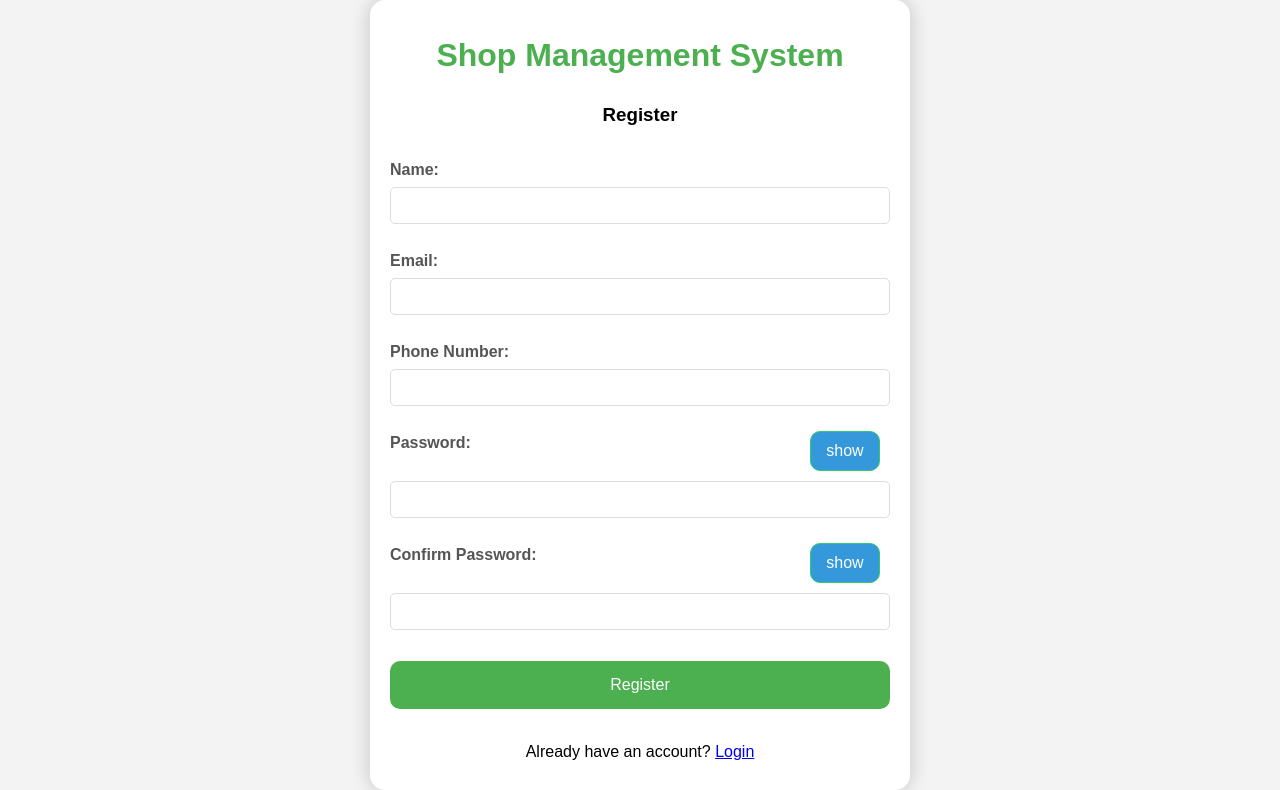
Repository: shamchiwade/GroceryNow
Page: http://localhost/ShopManagement/register.jsp
An editor plug-in stored every save of this project. The page is shown before and after the next save, followed by the edit.
The browser window is 1280 px wide. The pictures show the whole page.
The page is served by Tomcat 10. Nobody is signed in. The application's start-up code is not run. Other server files are loaded and not shown.

Above is the page before, as saved 2024-10-10 08:48:31.

### ShopManagement/src/main/webapp/register.jsp
<html>
<head>
<title>Shop Management System - Register</title>
<style type="text/css">
@charset "UTF-8";

body {
	display: flex;
	align-items: center;
	justify-content: center;
	font-family: sans-serif;
	line-height: 1.5;
	min-height: 100vh;
	background: #f3f3f3;
	flex-direction: column;
	margin: 0;
}

.main {
	background-color: #fff;
	border-radius: 15px;
	box-shadow: 0 0 20px rgba(0, 0, 0, 0.2);
	padding: 10px 20px;
	transition: transform 0.2s;
	width: 500px;
	text-align: center;
}

h1 {
	color: #4CAF50;
}

label {
	display: block;
	width: 70%;
	margin-top: 10px;
	margin-bottom: 5px;
	text-align: left;
	color: #555;
	font-weight: bold;
	float: left;
}

input {
	display: block;
	width: 100%;
	margin-bottom: 15px;
	padding: 10px;
	box-sizing: border-box;
	border: 1px solid #ddd;
	border-radius: 5px;
}

button {
	padding: 15px;
	border-radius: 10px;
	margin-top: 15px;
	margin-bottom: 15px;
	border: none;
	color: white;
	cursor: pointer;
	background-color: #4CAF50;
	width: 100%;
	font-size: 16px;
}

.wrap {
	display: flex;
	justify-content: center;
	align-items: center;
}

.options {
	display: flex;
	justify-content: space-between;
	margin-top: 20px;
}

.btn {
	padding: 10px 20px;
	border-radius: 10px;
	border: none;
	color: white;
	cursor: pointer;
	background-color: #4CAF50;
	width: 45%;
	font-size: 16px;
	margin: 10px;
}

.btn:hover {
	background-color: #3e8e41;
}

.pass {
	width: 70px;
	text-align: center;
	color: #ffffff;
	background-color : #3498db;
	padding: 10px;
	margin: 10px;
	float: right;
	background-color: #3498db;
	border: 1px solid #2ecc71;
}

.pass:hover {
	background-color: #2ecc71;
}

.pass:focus {
	outline: none;
}
</style>
</head>
<body>
	<div class="main">
		<h1>Shop Management System</h1>
		<h3>Register</h3>
		<form action="register" method="post">
			<label for="name">Name:</label> <input type="text" id="name"
				name="nm" required> <label for="email">Email:</label> <input
				type="email" id="email" name="em" required> <label
				for="phoneNumber">Phone Number:</label> <input type="tel"
				id="phoneNumber" name="ph" required>

			<div class="passdiv">
				<label for="password">Password:</label>
				<button class="pass" id="pass1" onclick="showPass('password','pass1')" type="button">show</button>
				<input type="password" id="password" name="ps" required class="passinp">
			</div>

			<div class="passdiv">
				<label for="confirmPassword">Confirm Password:</label>
				<button class="pass" id="pass2" onclick="showPass('confirmPassword','pass2')" type="button">show</button>
				<input type="password" id="confirmPassword" name="cps" required
					class="passinp">
			</div>

			<p style="color: red;">${error}</p>
			<button type="submit">Register</button>
		</form>
		<p>
			Already have an account? <a href="login.jsp">Login</a>
		</p>
	</div>

	<script type="text/javascript">
		function showPass(id1,id2) {
			var x = document.getElementById(id1);
			if (x.type === "password") {
				x.type = "text";
				document.getElementById(id2).innerHTML = 'hide';
			} else {
				x.type = "password";
				document.getElementById(id2).innerHTML = 'show';
			}
		}
	</script>
</body>
</html>

After the next save:
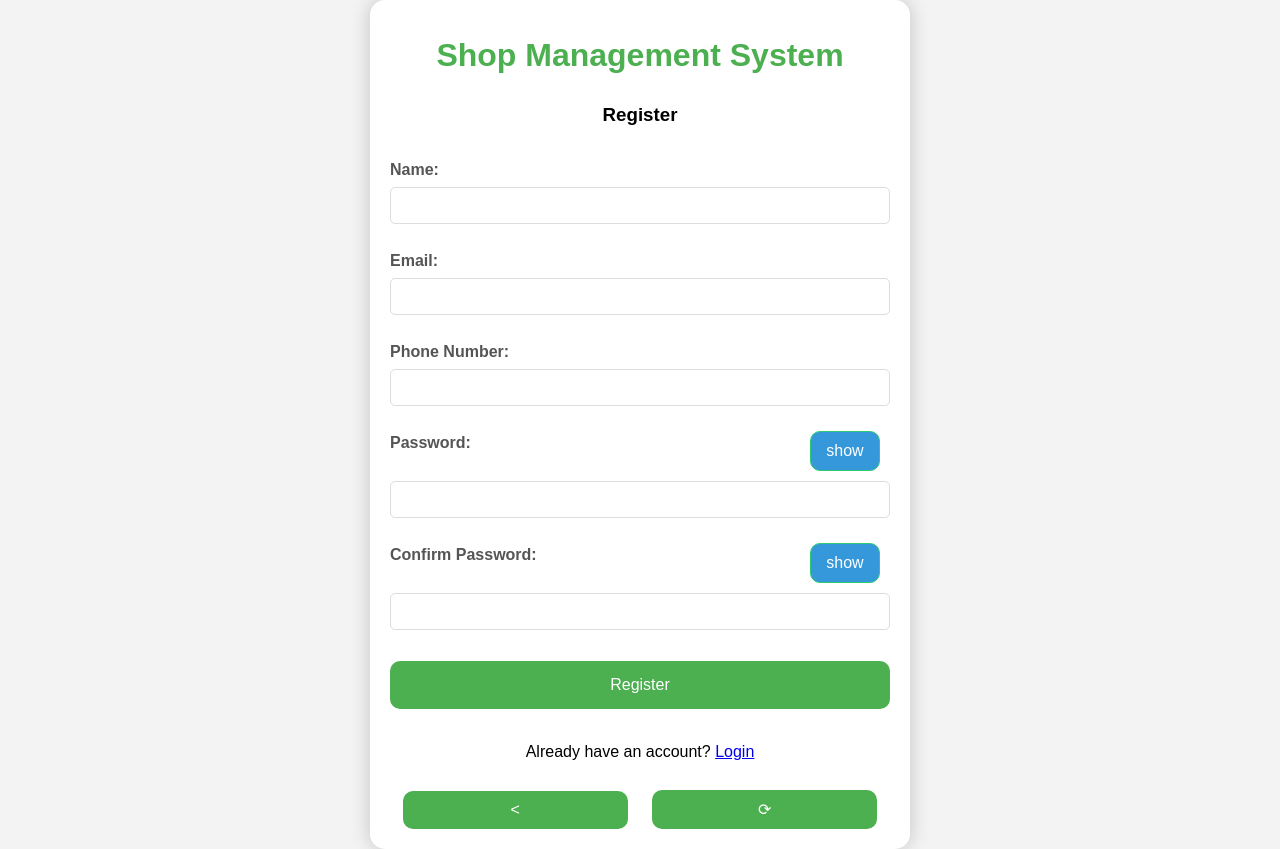
Saved 15 min 30 s later.
--- a/ShopManagement/src/main/webapp/register.jsp
+++ b/ShopManagement/src/main/webapp/register.jsp
@@ -143,6 +143,10 @@
 		<p>
 			Already have an account? <a href="login.jsp">Login</a>
 		</p>
+
+			<button class="btn" onclick="location.href='index.jsp'"><%="<"%></button>
+			<button class="btn" onclick="location.href='adminLogin.jsp'">&#10227;</button>
+
 	</div>
 
 	<script type="text/javascript">
